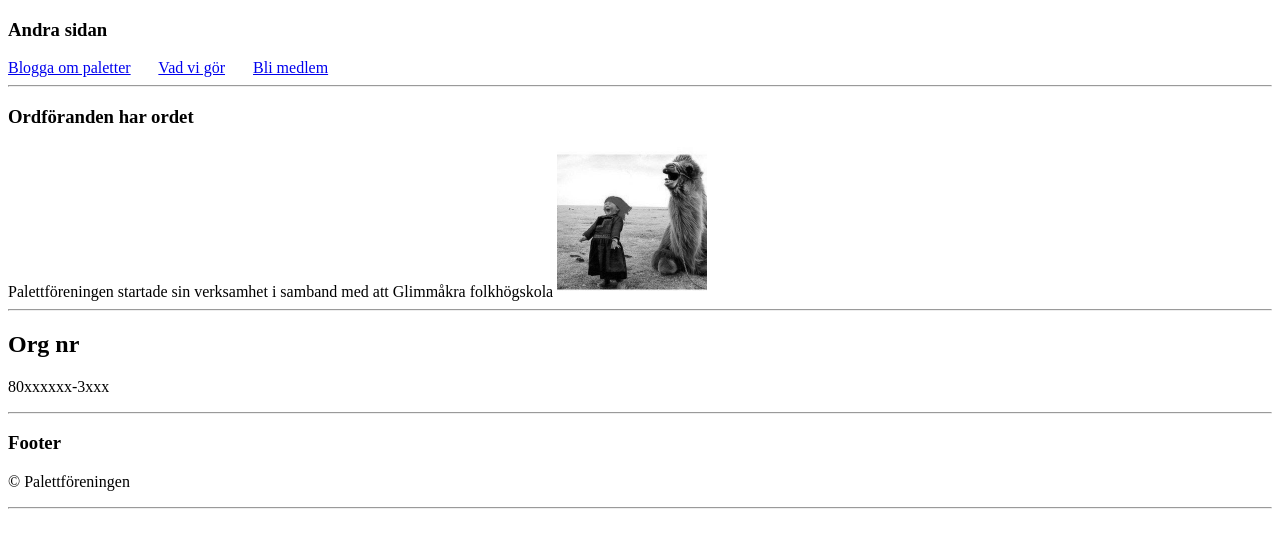
Repository: Webutveckling-20-21/Uppgift-1
Page: verksamheten.html
These files come from the project's save history. The page is drawn as it stood at one moment and after a run of saves; the edit follows.
The browser window is 1280 px wide. The pictures show the whole page.

Above is the page before, as saved 2021-09-07 12:02:31.

### verksamheten.html
<!-- Här alla måsten i huvudet såsom språk och språkkodning mm -->
<!DOCTYPE html>
<html lang="sv">


<head>
    <meta charset="UTF-8">
    <meta name="viewport" content="width=device-width, initial-scale=1.0">
    <title>verksamheten</title>
</head>

<body>
    <header>
        <h3>Andra sidan</h3>
        <!-- Här läggs alla länkar-->
        <a href="blogg.html">Blogga om paletter</a>&nbsp;&nbsp;&nbsp;&nbsp;&nbsp;&nbsp;
        <a href="verksamheten.html">Vad vi gör</a>&nbsp;&nbsp;&nbsp;&nbsp;&nbsp;&nbsp;
        <a href="medlemskap.html">Bli medlem</a>
    </header>
    <hr>
    <main>
         <article>

            <h3>Ordföranden har ordet</h3>
            Palettföreningen startade sin verksamhet i samband med att Glimmåkra folkhögskola

            <img src="images/ordförande pa excursion.jpg" width="150" height="150" alt="Ordförande berättar." >
        </article>

    </main>
    <hr>
    <aside>
        <h2>Org nr</h2>
        <p>80xxxxxx-3xxx</p>





    </aside>
    <hr>
    <footer>

        <h3>Footer</h3>
        <p> &copy; Palettföreningen</p>
    </footer>
    <hr>


</body>

</html>

After the next 2 saves:
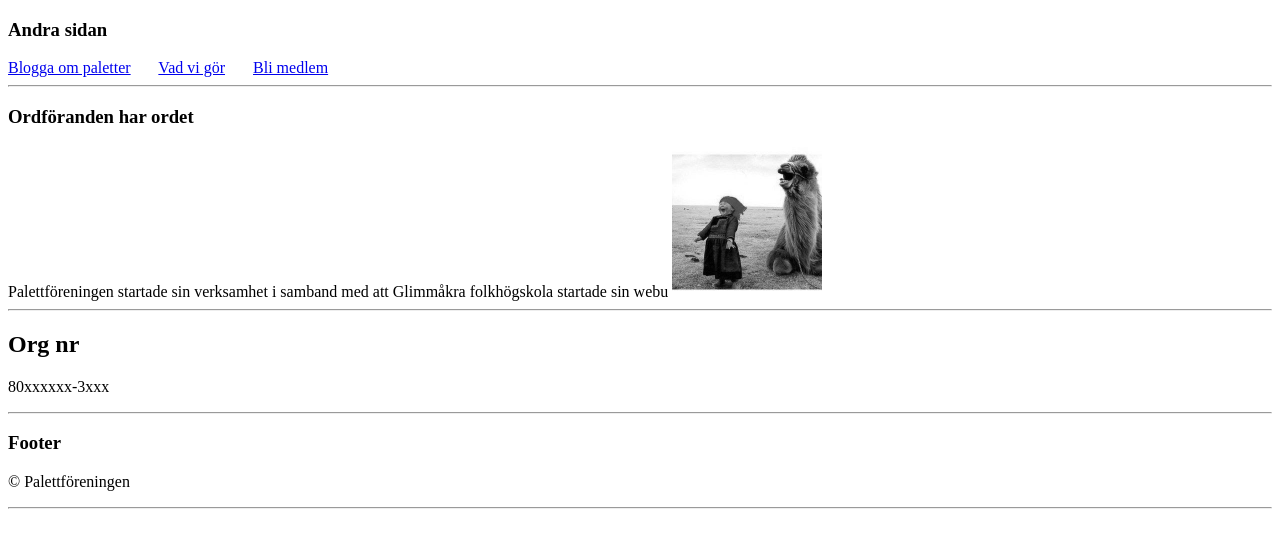
The 2 saves are shown as one change because they came seconds apart.
The last was saved 10 s later.
--- a/verksamheten.html
+++ b/verksamheten.html
@@ -22,7 +22,7 @@
          <article>
 
             <h3>Ordföranden har ordet</h3>
-            Palettföreningen startade sin verksamhet i samband med att Glimmåkra folkhögskola
+            Palettföreningen startade sin verksamhet i samband med att Glimmåkra folkhögskola startade sin webu
 
             <img src="images/ordförande pa excursion.jpg" width="150" height="150" alt="Ordförande berättar." >
         </article>
